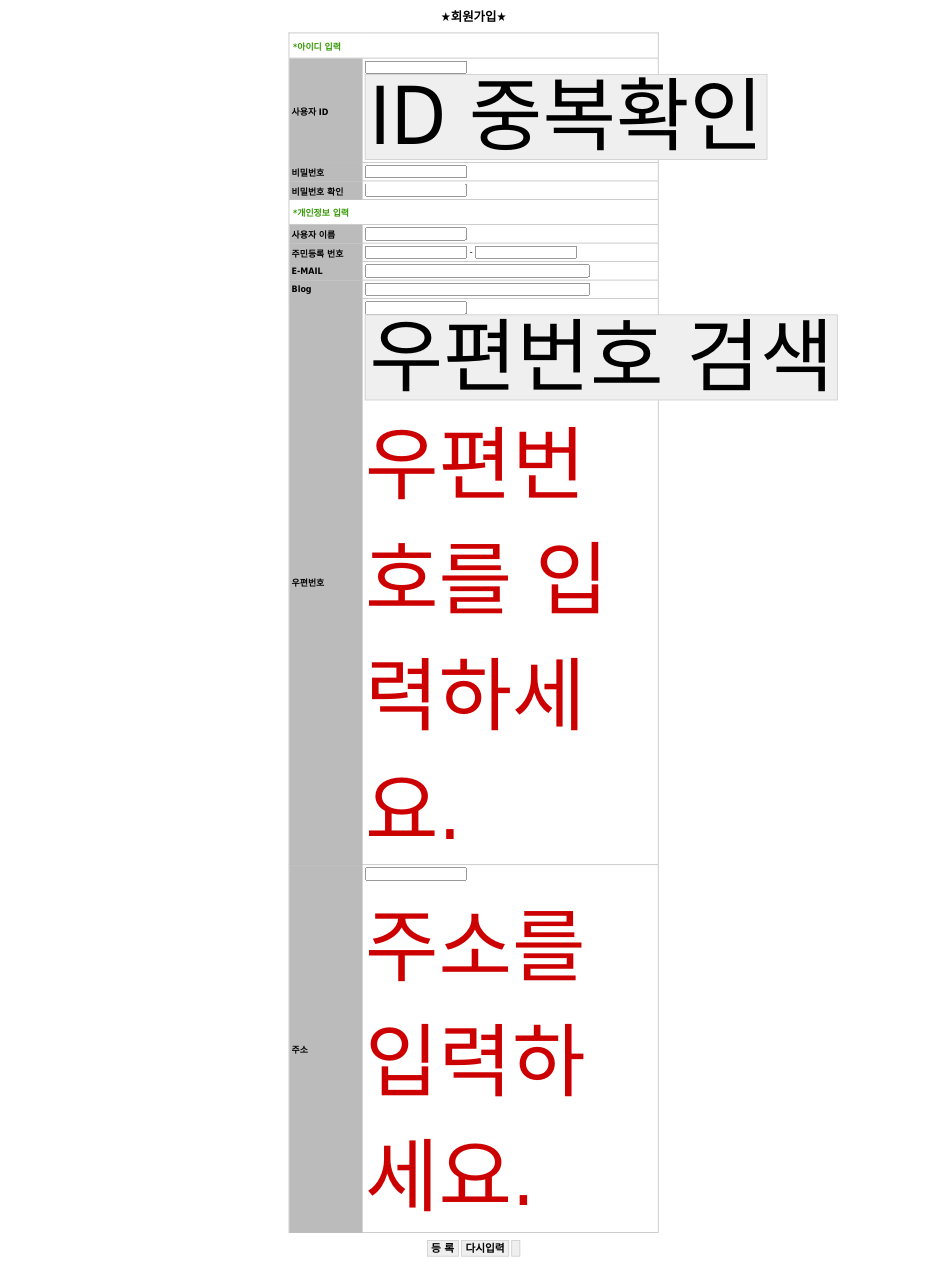
Repository: eParkjongtaek/lovedisket
Page: http://localhost/KH18_1/0904/inputForm.jsp
These files come from the project's save history. The page is drawn as it stood at one moment and after the next save; the edit follows.
The browser window is 1280 px wide. The pictures show the whole page, at 74% of full size.
The page is served by Tomcat 9. Other server files are loaded and not shown.

Above is the page before, as saved 2017-09-04 04:48:06.

### source/KH18_1/WebContent/0904/inputForm.jsp
<%@ page language="java" contentType="text/html; charset=EUC-KR"
    pageEncoding="EUC-KR"%>
<!DOCTYPE html PUBLIC "-//W3C//DTD HTML 4.01 Transitional//EN" "http://www.w3.org/TR/html4/loose.dtd">
<html>
<head>
<meta http-equiv="Content-Type" content="text/html; charset=EUC-KR">
<title>회원가입</title>
<link href="style.css" rel="stylesheet" type="text/css" />

<script type="text/javascript">

function checkIt()
{
	var userinput = eval("document.userinput");
	if(!userinput.id.value)
	{
		alert("ID를 입력하세요!");
		return false;
	}

	if(!userinput.passwd.value)
	{
		alert("비밀번호를 입력하세요!");
		return false;
	}

	if(userinput.passwd.value != userinput.passwd2.value)
	{
		alert("비밀번호가 같아요~");
		return false;
	}

	if(!userinput.name.value)
	{
		alert("이름을 입력하세요!");
		return false;
	}

	if(!userinput.jumin1.value || !userinput.jumin2.value)
	{
		alert("주민등록번호를 입력하세요!");
		return false;
	}


}

</script>

</head>
<body>
<div id="wrap">
	<form action="inputPro.jsp" name="userinput" onsubmit="return checkIt();" method="post">

		<h1>★회원가입★</h1>
		<div id="body">

			<table width="500px;">

				<colgroup>
					<col width="20%"/>
					<col width="*"/>
				</colgroup>

				<tr>
					<th colspan="2" class="subTitle">*아이디 입력</th>
				</tr>
				<tr>
					<th>사용자 ID</th>
					<td>
						<input type="text" name="id" maxlength="12" />
						<input type="button" name="confirm_id" value="ID 중복확인" class="inputBtn" onclick="javascript:openConfirmid(this.form);" />
					</td>
				</tr>
				<tr>
					<th>비밀번호</th>
					<td>
						<input type="password" name="passwd" maxlength="12" />
					</td>
				</tr>
				<tr>
					<th>비밀번호 확인</th>
					<td>
						<input type="password" name="passwd2" maxlength="12" />
					</td>
				</tr>
				<tr>
					<th colspan="2" class="subTitle">*개인정보 입력</th>
				</tr>
				<tr>
					<th>사용자 이름</th>
					<td><input type="text" name="name" maxlength="10" />
				</tr>
				<tr>
					<th>주민등록 번호</th>
					<td>
						<input type="text" name="jumin1" maxlength="6" /> -
						<input type="password" name="jumin2" maxlength="7" />
					</td>
				</tr>
				<tr>
					<th>E-MAIL</th>
					<td>
						<input type="text" name="email" class="w300" maxlength="30" />
					</td>
				</tr>
				<tr>
					<th>Blog</th>
					<td>
						<input type="text" name="blog" class="w300" maxlength="50" />
					</td>
				</tr>
				<tr>
					<th>우편번호</th>
					<td>
						<input type="text" name="zipcode" /><input type="button" value="우편번호 검색" class="inputBtn" onclick="javascript:zipCheck();" />
						<span>우편번호를 입력하세요.</span>
					</td>
				</tr>
				<tr>
					<th>주소</th>
					<td>
						<input type="text" name="address" class="w380" />
						<span class="descB">주소를 입력하세요.</span>
					</td>
				</tr>
			</table>
		</div>
		<div id="footer">
			<input type="submit" name="confirm" class="inputBtn" value="등 록" />
			<input type="reset" name="reset" class="inputBtn" value="다시입력" />
			<input type="button" class="inputBtn" onclick="javascript:window.location='main.jsp'" />
		</div>

	</form>
</div>
</body>
</html>

### source/KH18_1/WebContent/0904/style.css
* {padding:0; margin:0;}
html {font-family: Tahoma, Dotum, "돋움"; font-size: 0.75em; }
body {font-size: 1em;text-align:center;}
#wrap {width:500px; margin:0 auto; text-align:left;}
#footer {text-align:center; padding:10px 0;}
#footer input {vertical-align:middle;}
fieldset {border:none;}
legend {display:none; visibility:hidden;}
table {table-layout: fixed; border-collapse: collapse; padding: 0; border-style:solid; border-width:1px 1px 0 1px; border-color:#bbb;}
th {text-align:left; padding:3px; border-collapse:0; border-style:solid; border-width:0 0 1px 0;border-color:#bbb; background:#bbb;}
td {text-align:left; border-collapse:0; border-style:solid; border-width:0 0 1px 0; border-color:#bbb;padding:3px;}
input {font-family:Tahoma, Dotum, "돋움"; font-size:1em;}
td span {font-size:9em; color:#cc0000;}
h1 {font-size:1.4em; text-align:center; padding:10px 0;}
.w300 {width:300px;}
.w380 {wdith:380px;}
.descB {padding:2px 0; display:block;}
th.subTitle {color:#339900; background:#fff !important; padding:8px 0 8px 5px;}
.inputBtn {border:1px solid #ccc; padding:3px 5px; line-height:1em; font-size:9em;}
#footer .inputBtn {font-size:1.2em; font-weight:bold;}

After the next save:
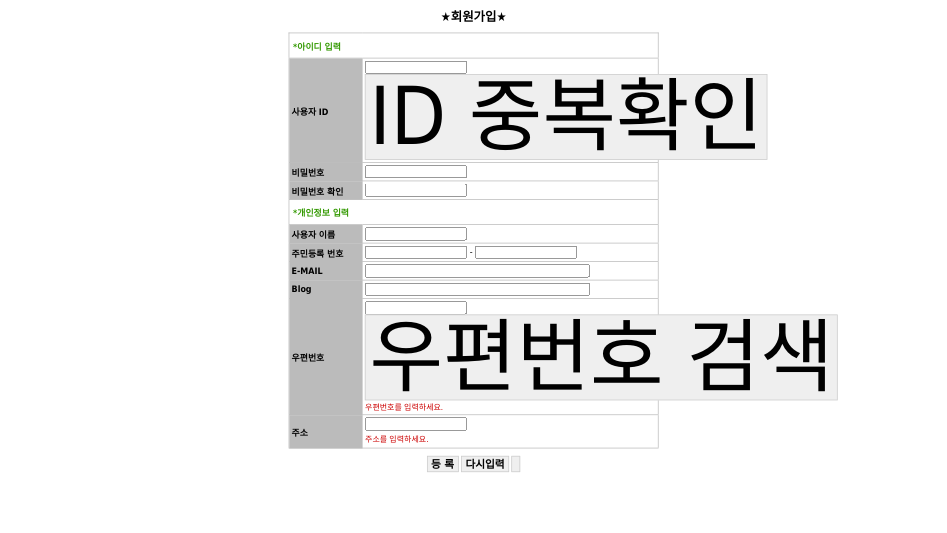
Saved 52 s later.
--- a/source/KH18_1/WebContent/0904/style.css
+++ b/source/KH18_1/WebContent/0904/style.css
@@ -10,7 +10,7 @@ table {table-layout: fixed; border-collapse: collapse; padding: 0; border-style:
 th {text-align:left; padding:3px; border-collapse:0; border-style:solid; border-width:0 0 1px 0;border-color:#bbb; background:#bbb;}
 td {text-align:left; border-collapse:0; border-style:solid; border-width:0 0 1px 0; border-color:#bbb;padding:3px;}
 input {font-family:Tahoma, Dotum, "돋움"; font-size:1em;}
-td span {font-size:9em; color:#cc0000;}
+td span {font-size:.9em; color:#cc0000;}
 h1 {font-size:1.4em; text-align:center; padding:10px 0;}
 .w300 {width:300px;}
 .w380 {wdith:380px;}
